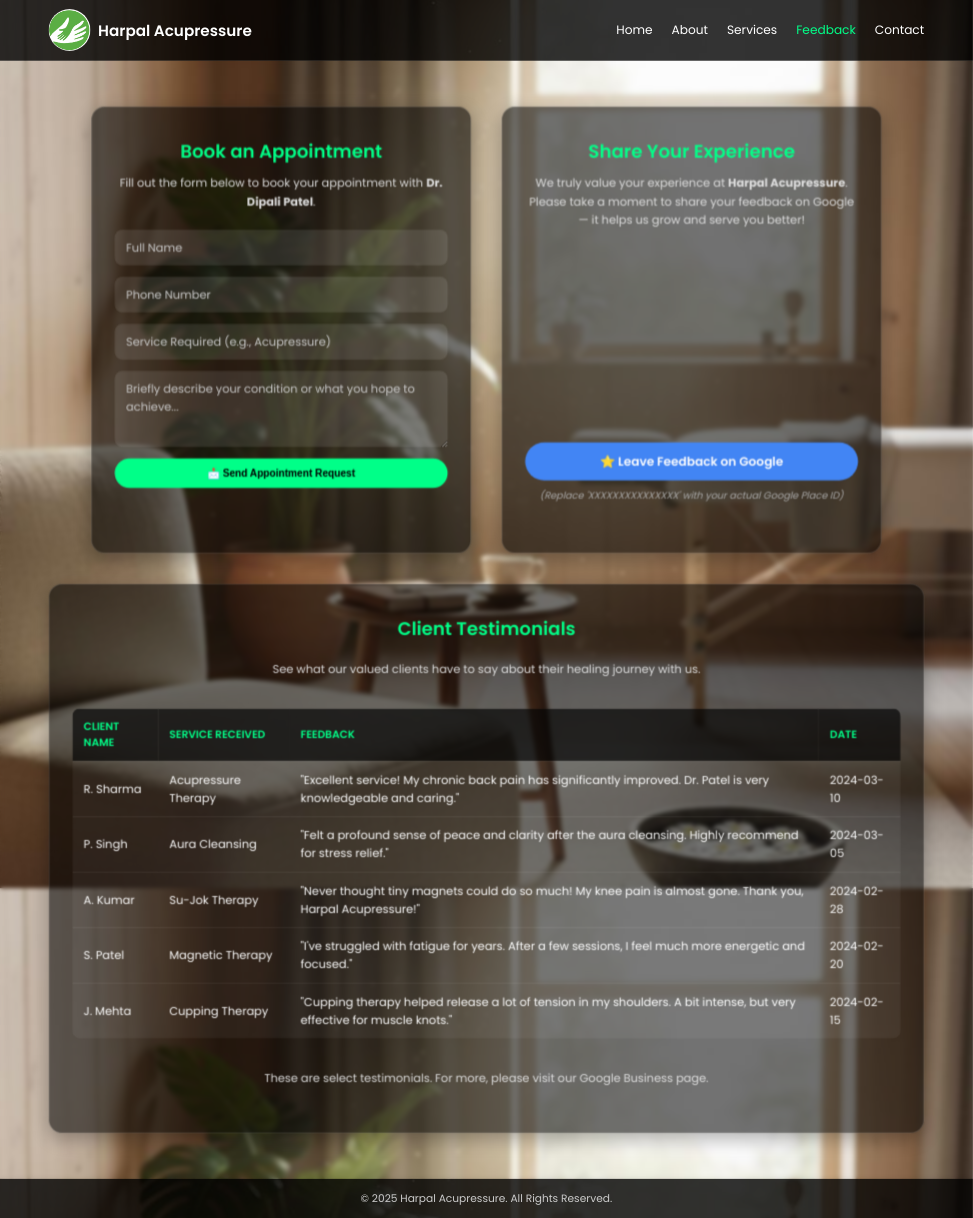
Repository: swasthiik/my-websites
Page: feedback.html
These files come from the project's save history. The page is drawn as it stood at one moment and after the next save; the edit follows.
The browser window is 1280 px wide. The pictures show the whole page, at 76% of full size.
Backgrounds fixed to the window are drawn as part of the page.

Above is the page before, as saved 2025-10-30 18:09:03.

After the next save:
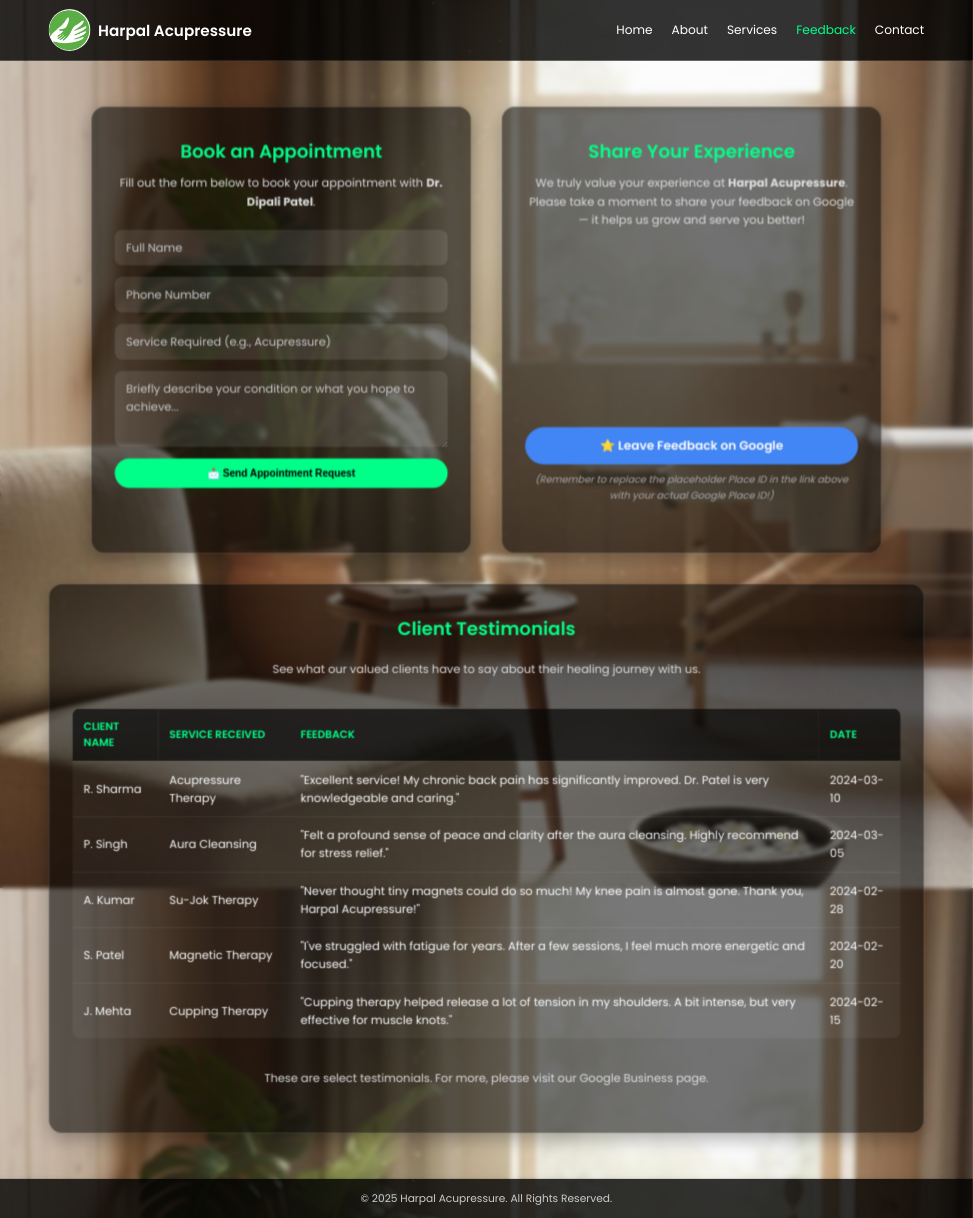
Saved 15 min 26 s later.
--- a/feedback.html
+++ b/feedback.html
@@ -51,9 +51,10 @@
         <p>We truly value your experience at <strong>Harpal Acupressure</strong>.<br>
            Please take a moment to share your feedback on Google — it helps us grow and serve you better!</p>
 
-        <a href="https://search.google.com/local/writereview?placeid=XXXXXXXXXXXXXXX"
+        <!-- IMPORTANT: Replace 'ChIJx_y6g_0wzzAR4y8M_e_q_gQ' with your actual Google Place ID -->
+        <a href="https://search.google.com/local/writereview?placeid=ChIJx_y6g_0wzzAR4y8M_e_q_gQ"
            target="_blank" class="btn google-btn">⭐ Leave Feedback on Google</a>
-        <p class="note"><span>(Replace 'XXXXXXXXXXXXXXX' with your actual Google Place ID)</span></p>
+        <p class="note"><span>(Remember to replace the placeholder Place ID in the link above with your actual Google Place ID!)</span></p>
       </div>
     </section>
 
